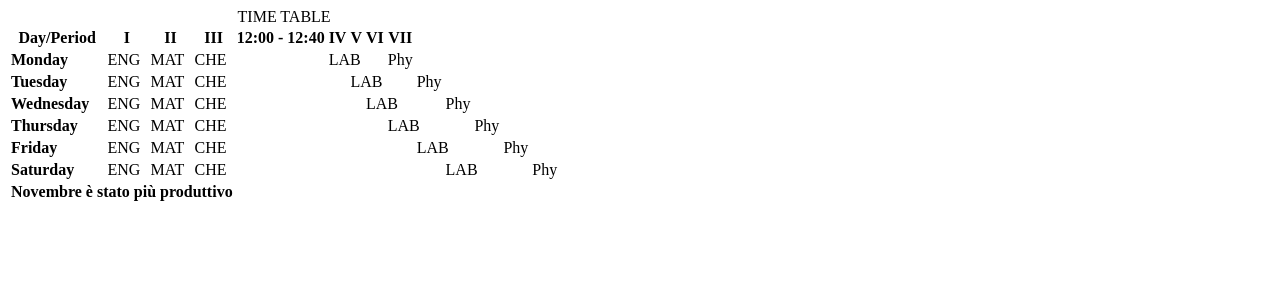
Repository: MicTomm/corso-frontend
Page: HTML/tabella/index.html
The author's editor kept a copy of each file at every save. The page is drawn from the files as they stood at one save, then again after the next save.
The browser window is 1280 px wide. The pictures show the whole page.

Above is the page before, as saved 2023-11-07 16:22:42.

### HTML/tabella/index.html
<!DOCTYPE html>
<html lang="it">
<head>
  <meta charset="UTF-8">
  <meta name="viewport" content="width=device-width, initial-scale=1.0">
  <title>Ta-bella</title>
</head>
<body>
  <table>
    <caption>TIME TABLE</caption>
    <thead>
      <tr>
        <th>Day/Period</th>
        <th>I</th>
        <th>II</th>
        <th>III</th>
        <th>12:00 - 12:40</th>
        <th>IV</th>
        <th>V</th>
        <th>VI</th>
        <th>VII</th>
      </tr>
    </thead>

    <tbody>
      <tr>
        <td><b>Monday</b></td>
        <td>ENG</td>
        <td>MAT</td>
        <td>CHE</td>
        <td rowspan="6"></td>
        <td colspan="3">LAB</td>
        <td>Phy</td>
      </tr>
      <tr>
        <td><b>Tuesday</b></td>
        <td>ENG</td>
        <td>MAT</td>
        <td>CHE</td>
        <td rowspan="6"></td>
        <td colspan="3">LAB</td>
        <td>Phy</td>
      </tr><tr>
        <td><b>Wednesday</b></td>
        <td>ENG</td>
        <td>MAT</td>
        <td>CHE</td>
        <td rowspan="6"></td>
        <td colspan="3">LAB</td>
        <td>Phy</td>
      </tr><tr>
        <td><b>Thursday</b></td>
        <td>ENG</td>
        <td>MAT</td>
        <td>CHE</td>
        <td rowspan="6"></td>
        <td colspan="3">LAB</td>
        <td>Phy</td>
      </tr><tr>
        <td><b>Friday</b></td>
        <td>ENG</td>
        <td>MAT</td>
        <td>CHE</td>
        <td rowspan="6"></td>
        <td colspan="3">LAB</td>
        <td>Phy</td>
      </tr><tr>
        <td><b>Saturday</b></td>
        <td>ENG</td>
        <td>MAT</td>
        <td>CHE</td>
        <td rowspan="6"></td>
        <td colspan="3">LAB</td>
        <td>Phy</td>
      </tr>
    </tbody>

    <tfoot>
      <tr>
        <th colspan= "4">Novembre è stato più produttivo</th>
      </tr>
    </tfoot>
  </table>
</body>
</html>

After the next save:
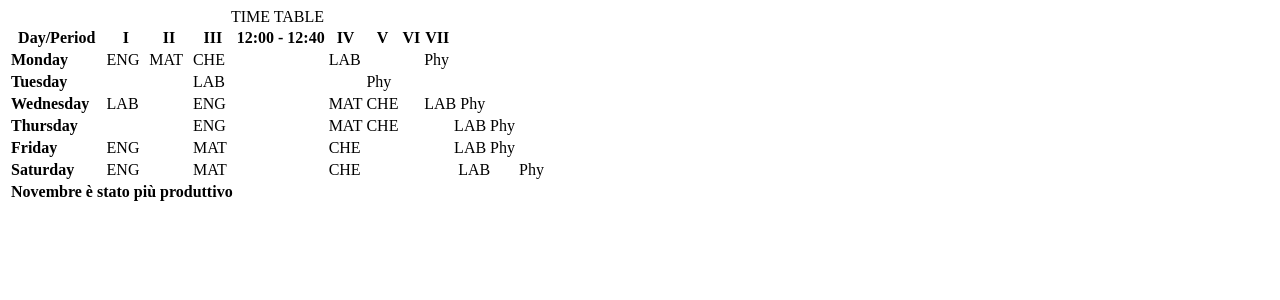
Saved 45 s later.
--- a/HTML/tabella/index.html
+++ b/HTML/tabella/index.html
@@ -34,9 +34,7 @@
       </tr>
       <tr>
         <td><b>Tuesday</b></td>
-        <td>ENG</td>
-        <td>MAT</td>
-        <td>CHE</td>
+        <td rowspan="3">LAB</td>
         <td rowspan="6"></td>
         <td colspan="3">LAB</td>
         <td>Phy</td>
